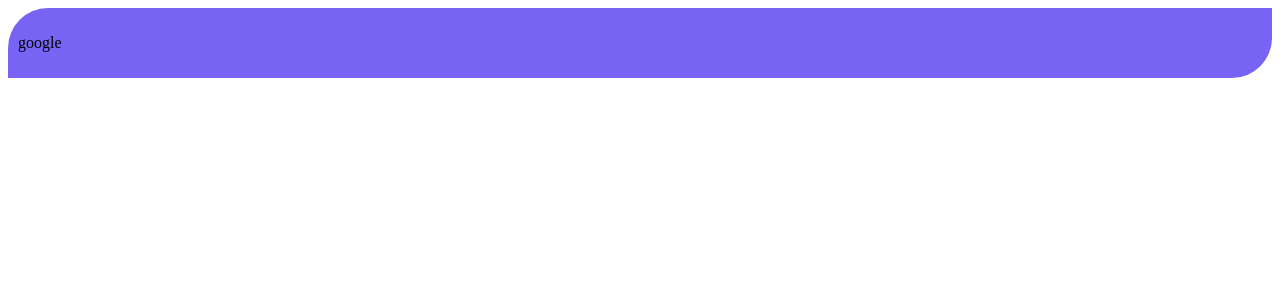
Repository: Aakarshit-Sharma19/Basic-HTML-and-CSS-Page-
Page: index.html
The author's editor kept a copy of each file at every save. The page is drawn from the files as they stood at one save, then again after the next save.
The browser window is 1280 px wide. The pictures show the whole page.

Above is the page before, as saved 2020-11-07 11:54:02.

### index.html
<!DOCTYPE html>
<html lang="en">
<head>
    <meta charset="UTF-8">
    <meta name="viewport" content="width=device-width, initial-scale=1.0">
    <title>Document</title>
    <style>
        .shape{
            align-content: center;
            /* width: 200px;
            height: 50px; */
            background: #7864F4;
            border-radius: 40px 0 40px 0;
        padding: 10px 100px 10px 10px;
        }
    </style>
</head>
<header>
</header>
<body>
    <div class="shape">
        <p class='shape_text'>google</p>
    </div>
</body>
</html>

After the next save:
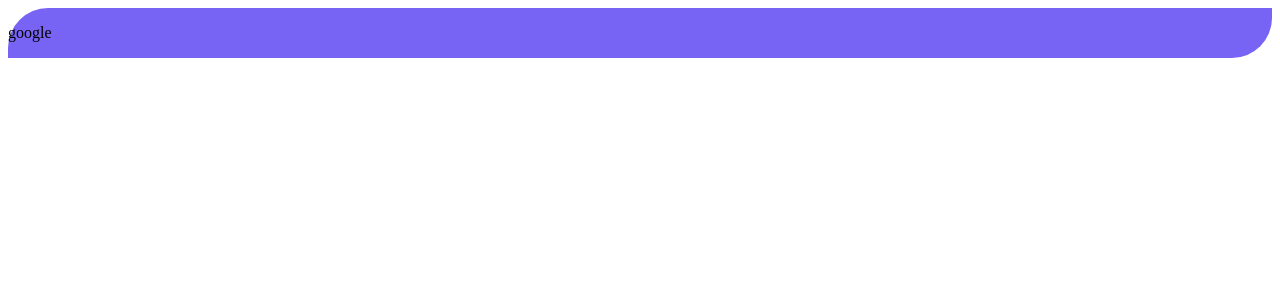
Saved 4 s later.
--- a/index.html
+++ b/index.html
@@ -11,7 +11,7 @@
             height: 50px; */
             background: #7864F4;
             border-radius: 40px 0 40px 0;
-        padding: 10px 100px 10px 10px;
+        /* padding: 10px 100px 10px 10px; */
         }
     </style>
 </head>
